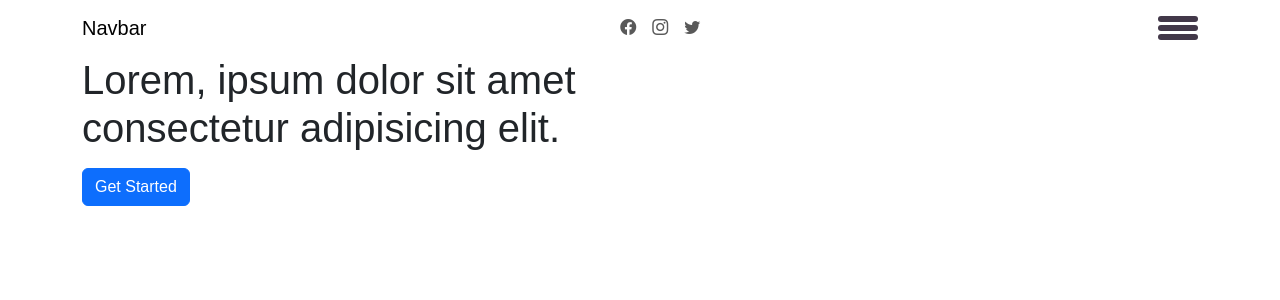
Repository: tagnam/project27012025
Page: index.html
These files come from the project's save history. The page is drawn as it stood at one moment and after the next save; the edit follows.
The browser window is 1280 px wide. The pictures show the whole page.

Above is the page before, as saved 2025-01-27 13:49:00.

### index.html
<!DOCTYPE html>
<html lang="en">
<head>
    <meta charset="UTF-8">
    <meta name="viewport" content="width=device-width, initial-scale=1.0">
    <link href="https://cdn.jsdelivr.net/npm/bootstrap@5.3.3/dist/css/bootstrap.min.css" rel="stylesheet" integrity="sha384-QWTKZyjpPEjISv5WaRU9OFeRpok6YctnYmDr5pNlyT2bRjXh0JMhjY6hW+ALEwIH" crossorigin="anonymous">
    <link rel="stylesheet" href="style/css/index.css">
    <link rel="stylesheet" href="style/css/animation.css">
    <link rel="stylesheet" href="style/css/responsive.css">
    <title>project27012025</title>
</head>
<body>
<header>
    <!-- --------------------------------------------start nav bar ------------------------------->
    <nav class="navbar navbar-expand-lg ">
        <div class="container">


          <div class="collapse navbar-collapse justify-content-between" id="navbarSupportedContent">
            <a class="navbar-brand" href="#">Navbar</a>
            <ul class="navbar-nav  ">

              <li class="nav-item">
                <a class="nav-link" href="#"><i class="bi bi-facebook"></i></a>
              </li>
              <li class="nav-item">
                <a class="nav-link" href="#"><i class="bi bi-instagram"></i></a>
              </li>
              <li class="nav-item">
                <a class="nav-link" href="#"><i class="bi bi-twitter"></i></a>
              </li>

            </ul>
            <div class="d-flex">
               <div class="menu-container">
                <span class="span-menu-01 menu-icon"></span>
                <span class="span-menu-02 menu-icon"></span>
                <span class="span-menu-03 menu-icon"></span>
            </div>
            </div>
          </div>
        </div>
      </nav>
      <!------------------------------------------------ end navbar ----------------------------->
      <section class="container">
        <div class="row">
            <div class="col-lg-6">
                <div class="content">
                    <h1>Lorem, ipsum dolor sit amet consectetur adipisicing elit.</h1>
                    <p></p>
                    <button class="btn btn-primary">Get Started</button>
                </div>
            </div>
            <div class="col-lg-6"></div>
        </div>
      </section>

</header>




<script src="https://cdn.jsdelivr.net/npm/bootstrap@5.3.3/dist/js/bootstrap.bundle.min.js" integrity="sha384-YvpcrYf0tY3lHB60NNkmXc5s9fDVZLESaAA55NDzOxhy9GkcIdslK1eN7N6jIeHz" crossorigin="anonymous"></script>
<script src="style/js/custom.js"></script>
</body>
</html>

### style/css/index.css
@import url("https://cdn.jsdelivr.net/npm/bootstrap-icons@1.11.3/font/bootstrap-icons.min.css");

*{
 margin: 0;
padding: 0;
box-sizing: border-box;
}

:root{
    --dark-color:#423849;
    --semi-dark-color:#b46ee0;
    --light-color:#d287d4;
    --main-heading-font-size: 2.5rem;
    --subheading-font-size: 1.5rem;
    --paragraph-font-size: 1rem;

}


body{
    font-family: 'Poppins', sans-serif;


}

.menu-icon{
    display: block;
    width: 40px;
    height: 6px;
    background-color: var(--dark-color);
    margin: 3px auto;
    border-radius: 20px;
    cursor: pointer;
}

Loaded but not shown: style/js/custom.js (no copy from this time; the picture is the same without it); style/css/animation.css (no stored copy; drawn as an empty file); style/css/responsive.css (no stored copy; drawn as an empty file)

After the next save:
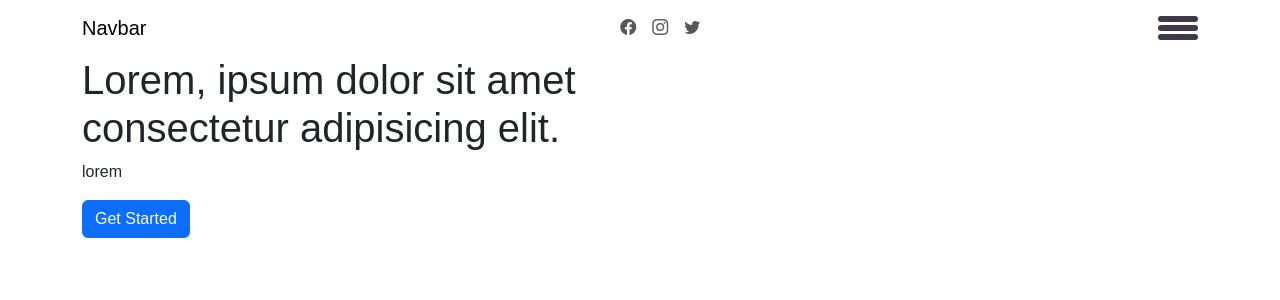
Saved 6 s later.
--- a/index.html
+++ b/index.html
@@ -47,7 +47,7 @@
             <div class="col-lg-6">
                 <div class="content">
                     <h1>Lorem, ipsum dolor sit amet consectetur adipisicing elit.</h1>
-                    <p></p>
+                    <p>lorem</p>
                     <button class="btn btn-primary">Get Started</button>
                 </div>
             </div>
